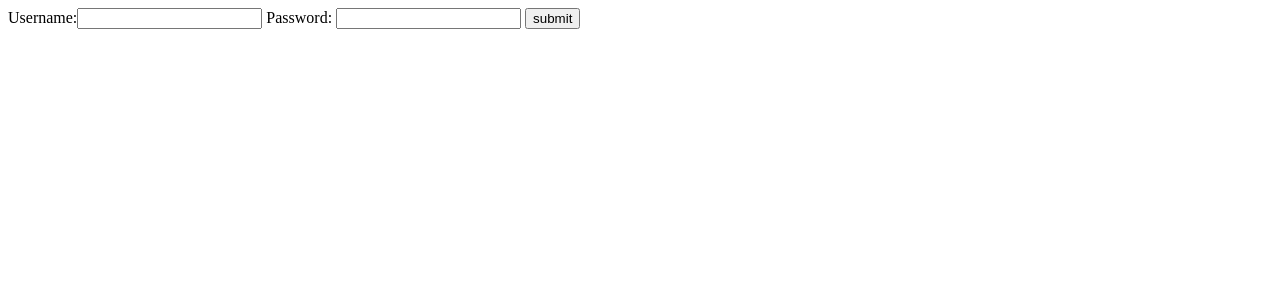
Repository: nikant20/Training
Page: javaee-mvc-orm-demo/WebContent/login.html
An editor plug-in stored every save of this project. The page is shown before and after the next save, followed by the edit.
The browser window is 1280 px wide. The pictures show the whole page.

Above is the page before, as saved 2018-09-21 08:53:58.

After the next save:
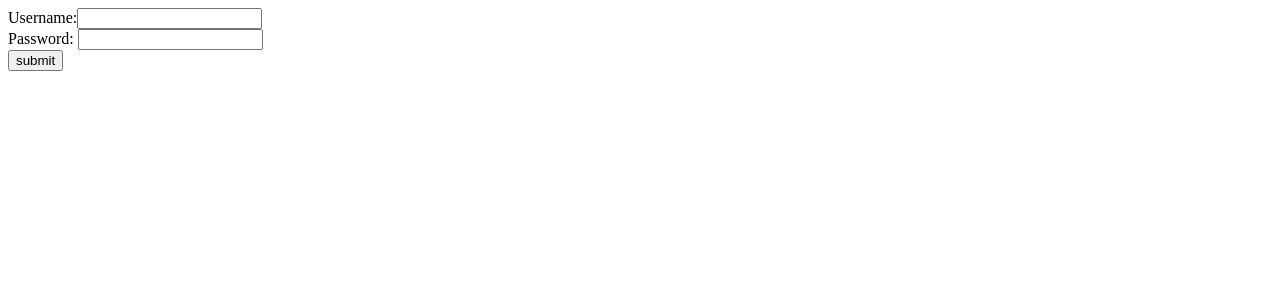
Saved 2 min 14 s later.
--- a/javaee-mvc-orm-demo/WebContent/login.html
+++ b/javaee-mvc-orm-demo/WebContent/login.html
@@ -7,8 +7,8 @@
 <body>
 
 	<form action="LoginServlet" method="post">
-	<label>Username:</label><input type="text" name="userName">
-	<label>Password:</label> <input type="password" name="password">
+	<label>Username:</label><input type="text" name="userName"><br>
+	<label>Password:</label> <input type="password" name="password"><br>
 	<input type="submit" value="submit">
 	</form>
 </body>
